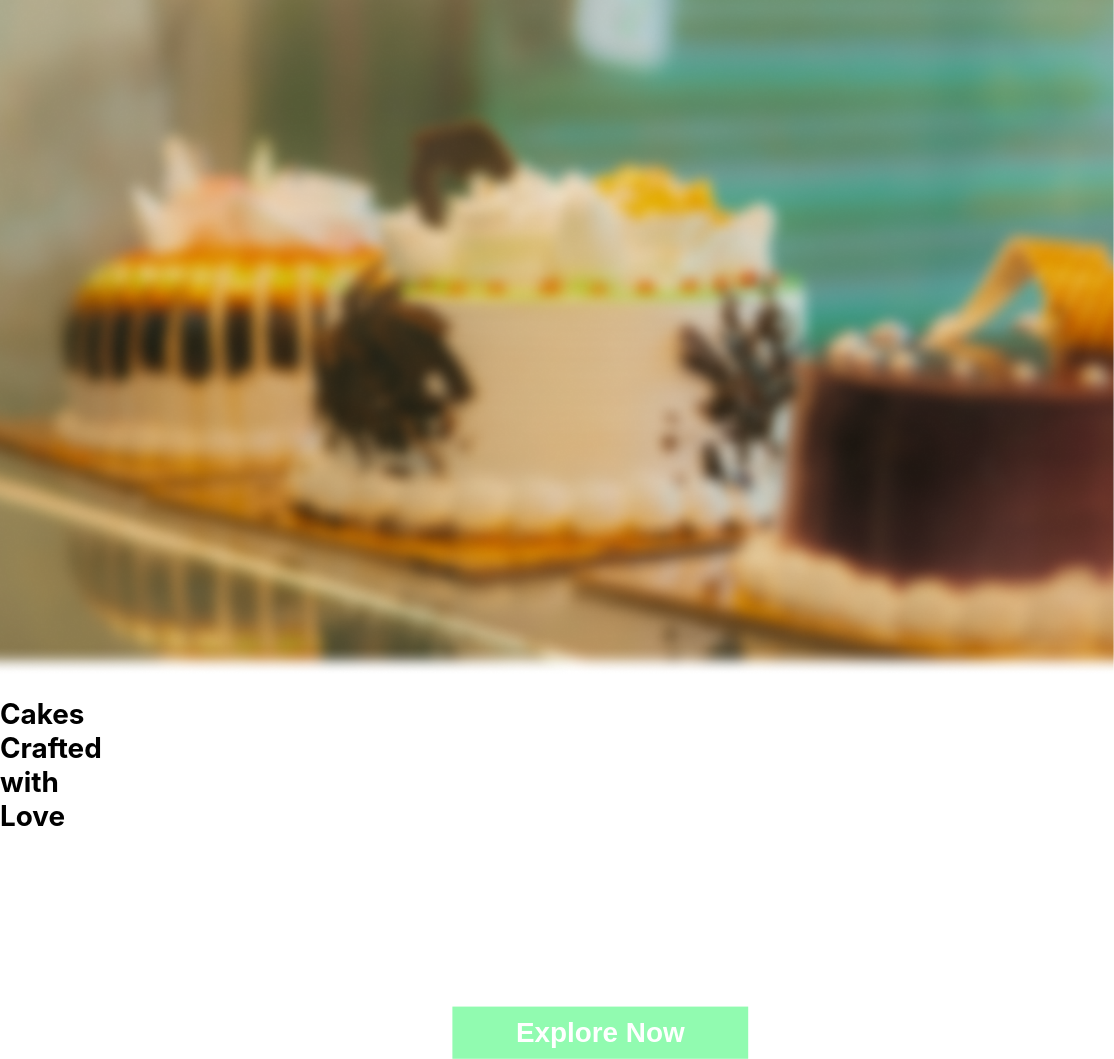
Repository: MEROO1010/cake-box-website
Page: / (app in Cake_box/cake_website/cake_frontend/)
An editor plug-in stored every save of this project. The page is shown before and after the next save, followed by the edit.
The browser window is 1280 px wide. The pictures show the whole page, at 87% of full size.
The project was rebuilt for these pictures with package versions that can differ from the ones it lists, and the page was loaded fresh each time.

Above is the page before, as saved 2024-10-22 12:09:34.

After the next save:
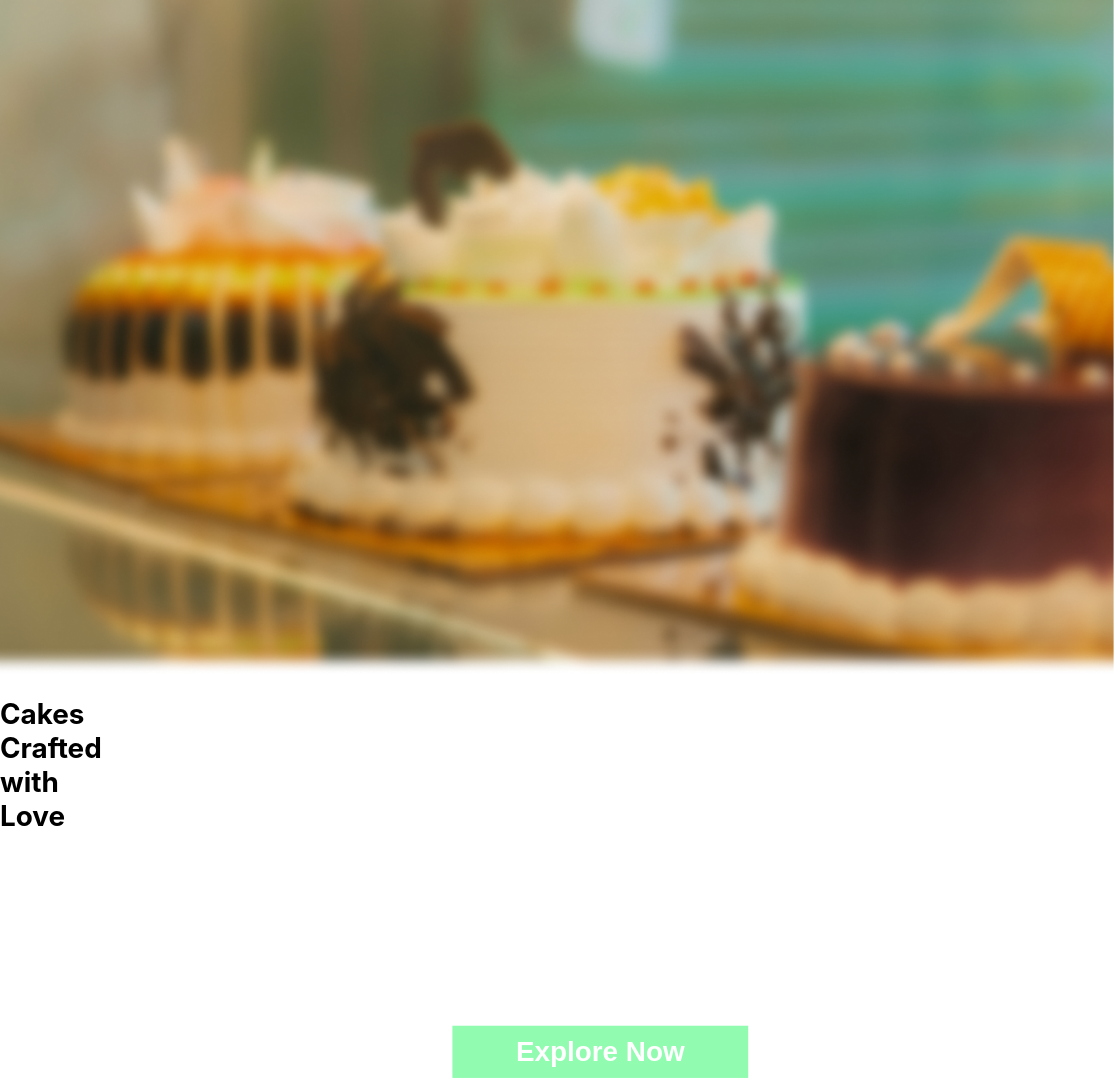
Saved 8 s later.
--- a/Cake_box/cake_website/cake_frontend/src/components/HomePage/Homepage.jsx
+++ b/Cake_box/cake_website/cake_frontend/src/components/HomePage/Homepage.jsx
@@ -27,7 +27,7 @@ const Container = styled.div `
 
    h1{
     color:black;
-    margin-bottom:200px;
+    padding-bottom:200px;
     position: relative;
    }
 
